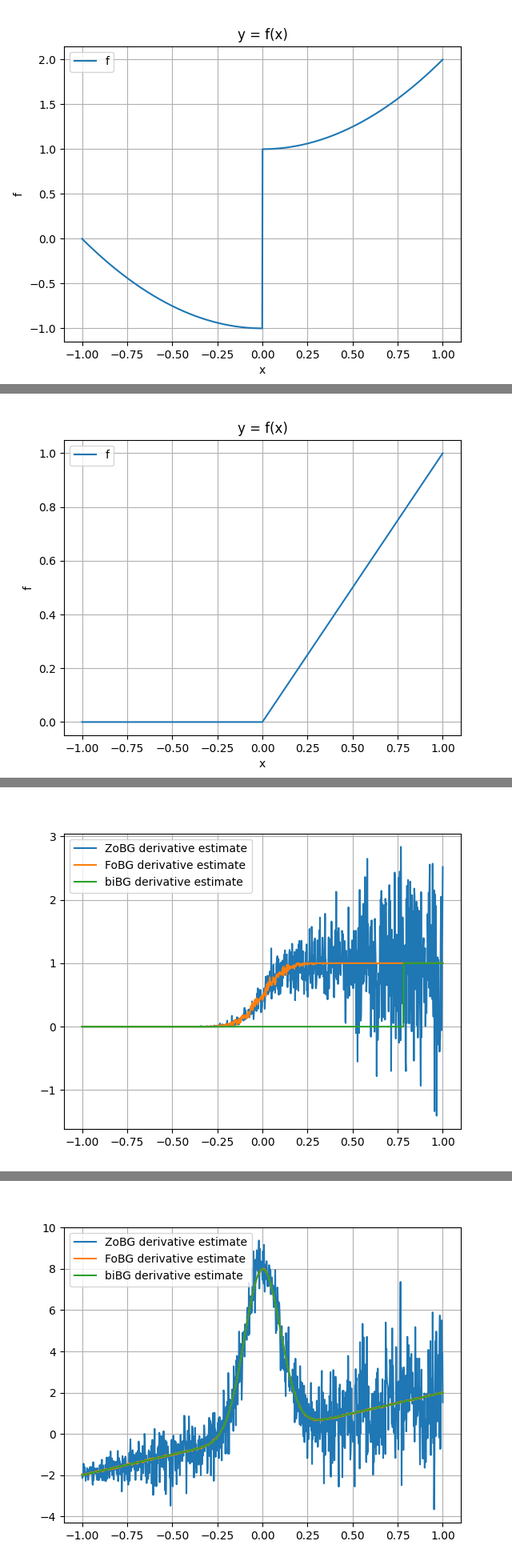
Repository: oomcth/Gradient-smoothing
Script's output: python test.py
These files come from the project's save history. The script's output is drawn as it stood at one moment and after the next save; the edit follows.
The pictures are shown at 80% of full size.
Each picture stacks the figures in order, with grey between them; figures that are only written to a file come last. Random numbers start from a fixed seed.

Above is the script's output before, as saved 2025-11-23 12:36:12.

After the next save:
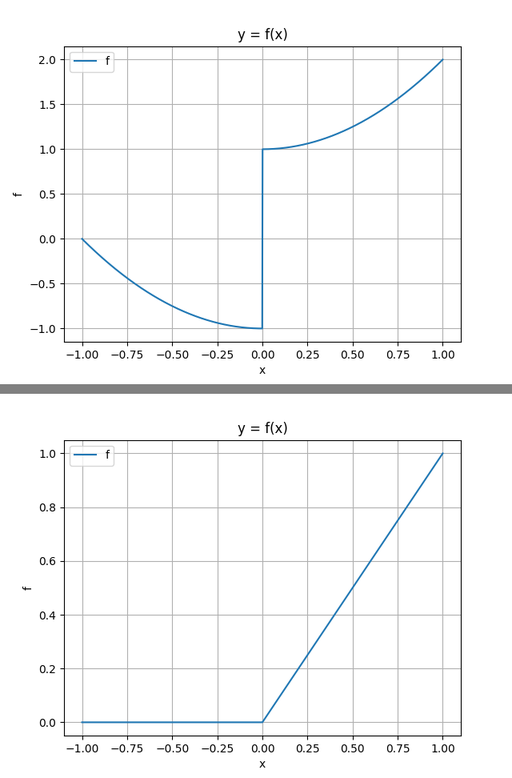
Error: NameError: name 'l' is not defined
Saved 22 s later.
--- a/test.py
+++ b/test.py
@@ -84,12 +84,12 @@
 
 
 def visualize_derivatives(f):
-    x = np.linspace(-1, 1, 1000)
+    xs = np.linspace(-1, 1, 1000)
 
-    y1 = np.array([zo_gradient(f, l, M=100) for l in x])
-    y2 = np.array([fo_gradient(f, l, M=100) for l in x])
-    y3 = np.array([bi_gradient(f, l, M=100) for l in x])
-    y3 = np.array([continuous_bi_gradient(f, l, M=100) for l in x])
+    y1 = np.array([zo_gradient(f, x, M=100) for x in xs])
+    y2 = np.array([fo_gradient(f, x, M=100) for x in xs])
+    y3 = np.array([bi_gradient(f, x, M=100) for x in xs])
+    y3 = np.array([continuous_bi_gradient(f, l, M=100) for x in xs])
 
     plt.plot(x, y1, label="ZoBG derivative estimate")
     plt.plot(x, y2, label="FoBG derivative estimate")

After the save that followed:
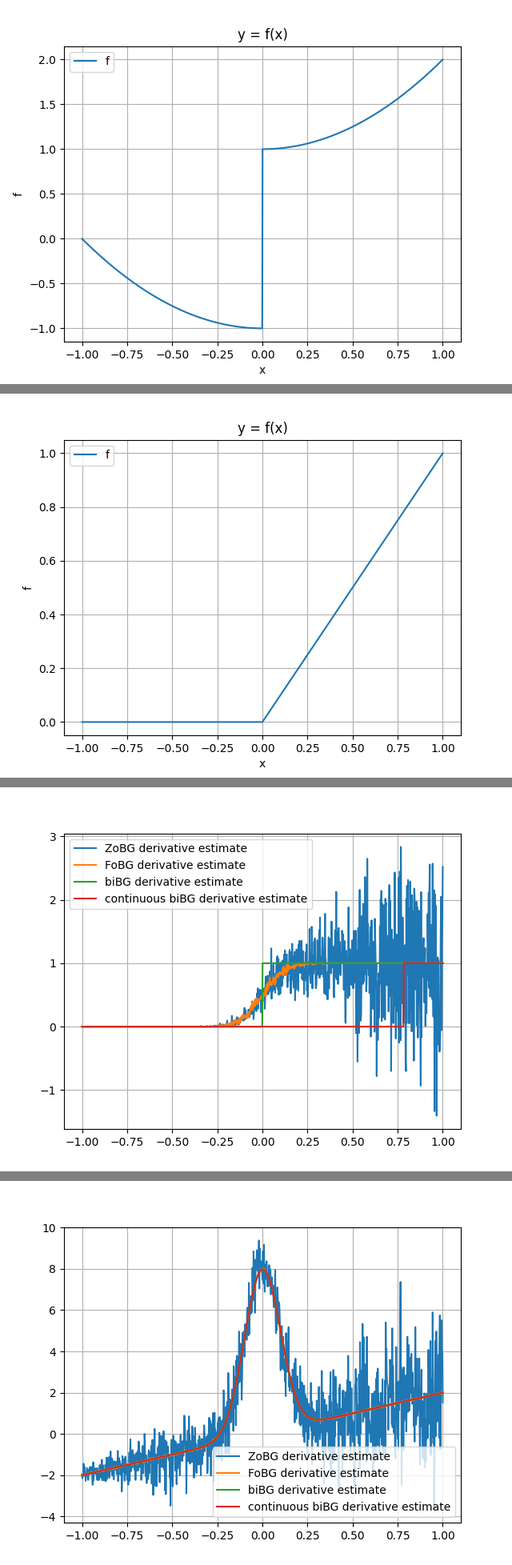
The error is gone.
Saved 17 s later.
--- a/test.py
+++ b/test.py
@@ -89,11 +89,12 @@
     y1 = np.array([zo_gradient(f, x, M=100) for x in xs])
     y2 = np.array([fo_gradient(f, x, M=100) for x in xs])
     y3 = np.array([bi_gradient(f, x, M=100) for x in xs])
-    y3 = np.array([continuous_bi_gradient(f, l, M=100) for x in xs])
+    y4 = np.array([continuous_bi_gradient(f, x, M=100) for x in xs])
 
-    plt.plot(x, y1, label="ZoBG derivative estimate")
-    plt.plot(x, y2, label="FoBG derivative estimate")
-    plt.plot(x, y3, label="biBG derivative estimate")
+    plt.plot(xs, y1, label="ZoBG derivative estimate")
+    plt.plot(xs, y2, label="FoBG derivative estimate")
+    plt.plot(xs, y3, label="biBG derivative estimate")
+    plt.plot(xs, y4, label="continuous biBG derivative estimate")
     plt.legend()
     plt.grid(True)
     plt.show()
